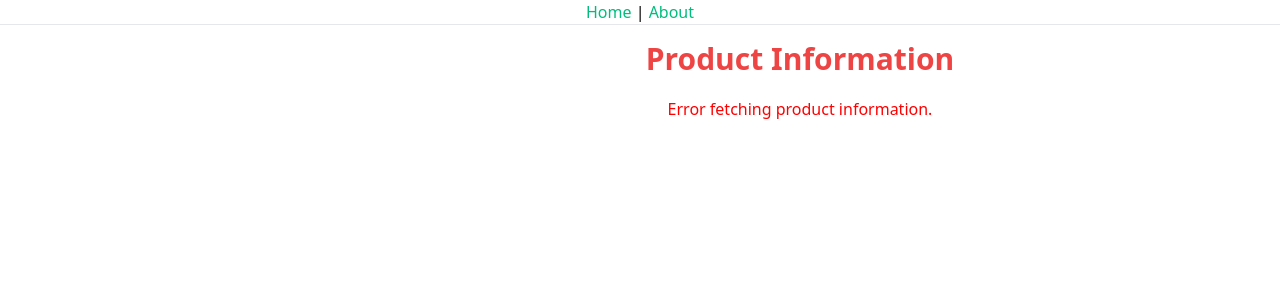
Repository: loktioncode/vectra-shop
Page: /
These files come from the project's save history. The page is drawn as it stood at one moment and after the next save; the edit follows.
The browser window is 1280 px wide. The pictures show the whole page.
The page's requests for data from a server got no answer. The project was rebuilt for these pictures with package versions that can differ from the ones it lists, and the page was loaded fresh each time. No one was signed in, and anything a server would have sent is missing. Also part of the build but not shown: vite.config.ts, src/components/ProductCard.vue.

Above is the page before, as saved 2023-09-20 15:30:28.

### src/assets/main.css
@tailwind base;
@tailwind components;
@tailwind utilities;

@import './base.css';

a,
.green {
  text-decoration: none;
  color: hsla(160, 100%, 37%, 1);
  transition: 0.4s;
}

@media (hover: hover) {
  a:hover {
    background-color: hsla(160, 100%, 37%, 0.2);
  }
}

### src/App.vue
<!-- <script setup lang="ts">
import { RouterLink, RouterView } from 'vue-router'
import HelloWorld from './components/HelloWorld.vue'
</script> -->

<template>
  <div class="app">
    <header>
      <nav>
        <RouterLink to="/">Home</RouterLink> |
        <RouterLink to="/about">About</RouterLink>
      </nav>

    </header>
    <RouterView />

  </div>
</template>

<style >
.app {
  text-align: center;
}
</style>

### src/views/HomeView.vue


<template>
  <!-- <div class="home">
    <Counter />
    <div class="buttons">
      <button @click="storeCounter.decreaseCount">-</button>
      <button @click="storeCounter.increaseCount">+</button>
    </div>
    <hr>
    <div>
      this counter is : {{ storeCounter.oddOrEven }}
    </div>
    <hr>
    <div>
      <h3>Edit Counter:</h3>
      <input v-model="storeCounter.count" type="number" name="count" id="count">
    </div>
  </div> -->
  <hr>
  <div>
    <Products />
  </div>

</template>



<script setup lang="ts">
import Counter from '@/components/Counter.vue'
import Products from '@/components/Products.vue'

import { useCounterStore } from '@/stores/counter'

const storeCounter = useCounterStore();


</script>

<style>
@media (min-width: 1024px) {
  .home {
    min-height: 100vh;
    align-items: center;
  }



  .buttons button {
    font-size: 40px;
    margin: 20px;
    width: 50px;
    height: 50px;
  }
}
</style>

### src/components/Products.vue
<template>
  <div class="flex">
    <!-- Left Sidebar for Filters -->
    <div class="w-1/4 ">
      <!-- Your filter components can go here -->
    </div>

    <!-- Right Side for Product Information -->
    <div class="w-3/4 p-4">
      <h1 class="text-3xl text-red-500 font-bold mb-5">Product Information</h1>
      <div v-if="productStore.loading">Loading...</div>
      <div v-else>
        <div v-if="productStore.error" class="error-message">{{ productStore.error }}</div>
        <div class="px-10">
          <div class="grid grid-cols-4 gap-4">
            <ProductCard v-for="product in productStore.products" :key="product.id" :product="product" />
          </div>
        </div>
      </div>
    </div>
  </div>
</template>

<script setup lang="ts">
import { onMounted } from 'vue';
import { useProductStore } from '@/stores/productStore';
import ProductCard from '@/components/ProductCard.vue';

const productStore = useProductStore();

async function fetchProductInfo() {
  const apiUrl = 'https://fakestoreapi.com/products'; // Replace with your actual API endpoint
  await productStore.fetchProductInfo(apiUrl);
}

onMounted(() => fetchProductInfo());
</script>

<style scoped>
.error-message {
  color: red;
}
</style>

### src/stores/counter.ts
import { computed } from 'vue'
import { defineStore } from 'pinia'

export const useCounterStore = defineStore({
  id: 'counter',
  state: () => ({
    count: 0,
    name: '张三',
    username: 'zhangsan'
  }),
  actions: {
    increaseCount() {
      this.count++;
    },
    decreaseCount() {
      this.count--;
    }
  },
  getters: {
    oddOrEven: (state) => {
      if (state.count % 2 === 0) {
        return 'even'
      } else {
        return 'odd'
      }
    }

  }
})

### src/stores/productStore.ts
import { defineStore } from 'pinia';

interface Product {
    id: string;
    title: string;
    description: string;
    price: number;
}

export const useProductStore = defineStore({
    id: 'products',
    state: () => ({
        products: [] as Product[],
        loading: false,
        error: null as string | null,
    }),
    actions: {
        async fetchProductInfo(apiUrl: string) {
            try {
                this.loading = true;
                const response = await fetch(apiUrl);

                if (!response.ok) {
                    throw new Error('Network response was not ok');
                }

                this.products = await response.json();
                this.error = null;
            } catch (error) {
                this.error = 'Error fetching product information.';
                console.error(error);
            } finally {
                this.loading = false;
            }
        },
    },
    getters: {


    }
})

### tailwind.config.js
/** @type {import('tailwindcss').Config} */
module.exports = {
  content: [
    "./index.html",
    "./src/**/*.{vue,js,jsx,ts,tsx}",
  ],
  theme: {
    extend: {},
  },
  plugins: [],
}

Loaded but not shown: index.html (common file); src/main.ts (common file); src/router/index.ts (common file)

After the next save:
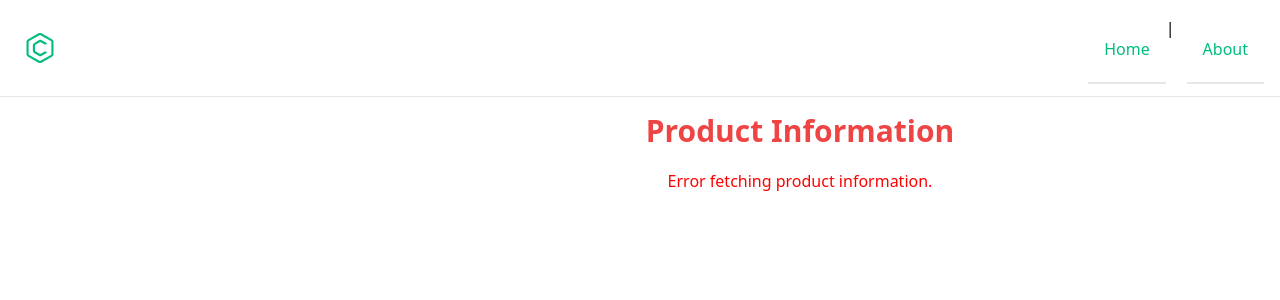
Saved 2 min 43 s later.
--- a/src/App.vue
+++ b/src/App.vue
@@ -7,18 +7,41 @@ import HelloWorld from './components/HelloWorld.vue'
   <div class="app">
     <header>
       <nav>
-        <RouterLink to="/">Home</RouterLink> |
-        <RouterLink to="/about">About</RouterLink>
+
       </nav>
 
+    </header>
+
+    <header class="p-4 dark:bg-gray-800 dark:text-gray-100">
+      <div class="container flex justify-between h-16 mx-auto">
+        <a rel="noopener noreferrer" href="#" aria-label="Back to homepage" class="flex items-center p-2">
+          <svg xmlns="http://www.w3.org/2000/svg" fill="currentColor" viewBox="0 0 32 32"
+            class="w-8 h-8 dark:text-violet-400">
+            <path
+              d="M27.912 7.289l-10.324-5.961c-0.455-0.268-1.002-0.425-1.588-0.425s-1.133 0.158-1.604 0.433l0.015-0.008-10.324 5.961c-0.955 0.561-1.586 1.582-1.588 2.75v11.922c0.002 1.168 0.635 2.189 1.574 2.742l0.016 0.008 10.322 5.961c0.455 0.267 1.004 0.425 1.59 0.425 0.584 0 1.131-0.158 1.602-0.433l-0.014 0.008 10.322-5.961c0.955-0.561 1.586-1.582 1.588-2.75v-11.922c-0.002-1.168-0.633-2.189-1.573-2.742zM27.383 21.961c0 0.389-0.211 0.73-0.526 0.914l-0.004 0.002-10.324 5.961c-0.152 0.088-0.334 0.142-0.53 0.142s-0.377-0.053-0.535-0.145l0.005 0.002-10.324-5.961c-0.319-0.186-0.529-0.527-0.529-0.916v-11.922c0-0.389 0.211-0.73 0.526-0.914l0.004-0.002 10.324-5.961c0.152-0.090 0.334-0.143 0.53-0.143s0.377 0.053 0.535 0.144l-0.006-0.002 10.324 5.961c0.319 0.185 0.529 0.527 0.529 0.916z">
+            </path>
+            <path
+              d="M22.094 19.451h-0.758c-0.188 0-0.363 0.049-0.515 0.135l0.006-0.004-4.574 2.512-5.282-3.049v-6.082l5.282-3.051 4.576 2.504c0.146 0.082 0.323 0.131 0.508 0.131h0.758c0.293 0 0.529-0.239 0.529-0.531v-0.716c0-0.2-0.11-0.373-0.271-0.463l-0.004-0.002-5.078-2.777c-0.293-0.164-0.645-0.26-1.015-0.26-0.39 0-0.756 0.106-1.070 0.289l0.010-0.006-5.281 3.049c-0.636 0.375-1.056 1.055-1.059 1.834v6.082c0 0.779 0.422 1.461 1.049 1.828l0.009 0.006 5.281 3.049c0.305 0.178 0.67 0.284 1.061 0.284 0.373 0 0.723-0.098 1.027-0.265l-0.012 0.006 5.080-2.787c0.166-0.091 0.276-0.265 0.276-0.465v-0.716c0-0.293-0.238-0.529-0.529-0.529z">
+            </path>
+          </svg>
+        </a>
+        <ul class="items-stretch hidden space-x-3 md:flex">
+          <RouterLink to="/" class="flex items-center px-4 -mb-1 border-b-2 dark:border-transparent">Home</RouterLink> |
+          <RouterLink to="/about" class="flex items-center px-4 -mb-1 border-b-2 dark:border-transparent">About
+          </RouterLink>
+        </ul>
+        <button class="flex justify-end p-4 md:hidden">
+          <svg xmlns="http://www.w3.org/2000/svg" fill="none" viewBox="0 0 24 24" stroke="currentColor" class="w-6 h-6">
+            <path stroke-linecap="round" stroke-linejoin="round" stroke-width="2" d="M4 6h16M4 12h16M4 18h16"></path>
+          </svg>
+        </button>
+      </div>
     </header>
     <RouterView />
 
   </div>
 </template>
 
-<style >
-.app {
+<style >.app {
   text-align: center;
-}
-</style>
+}</style>
